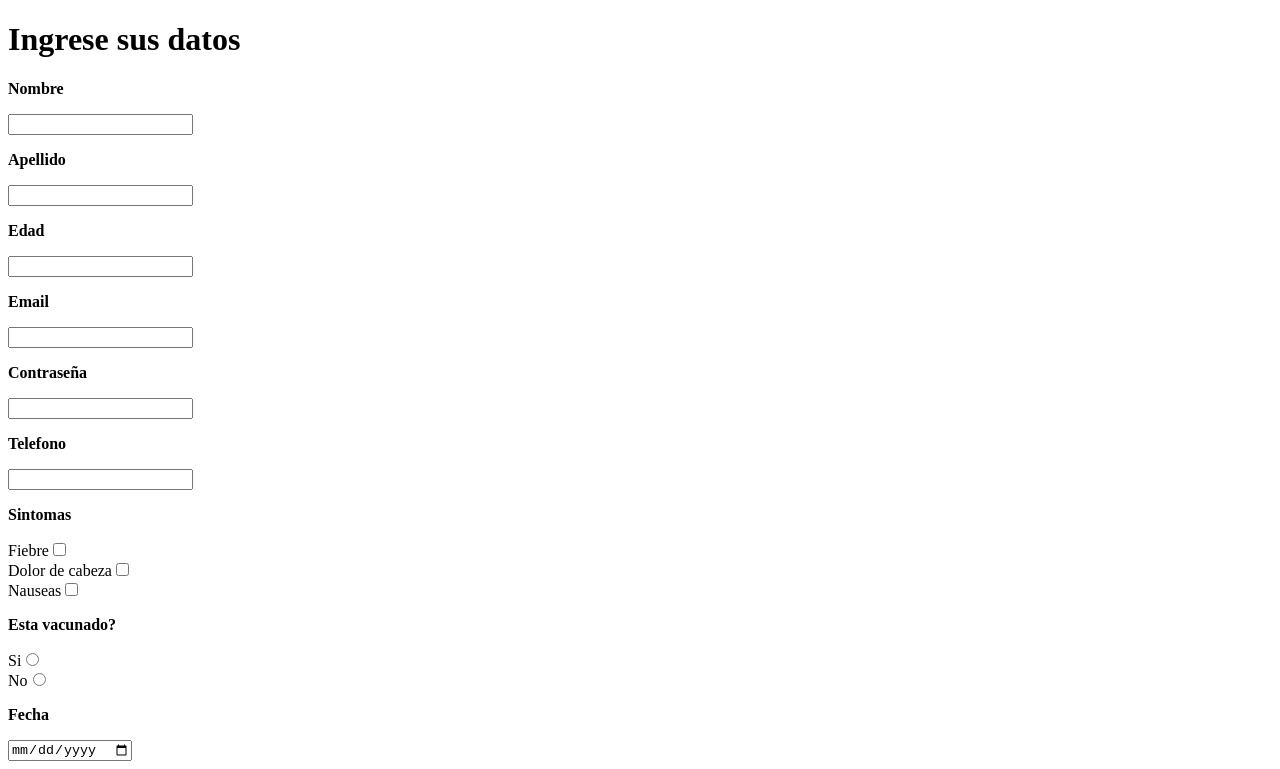
Repository: fran2708/LPPA
Page: Project 2 - Covid registration/index.html
An editor plug-in stored every save of this project. The page is shown before and after the next save, followed by the edit.
The browser window is 1280 px wide. The pictures show the whole page.

Above is the page before, as saved 2022-04-19 20:59:33.

After the next save:
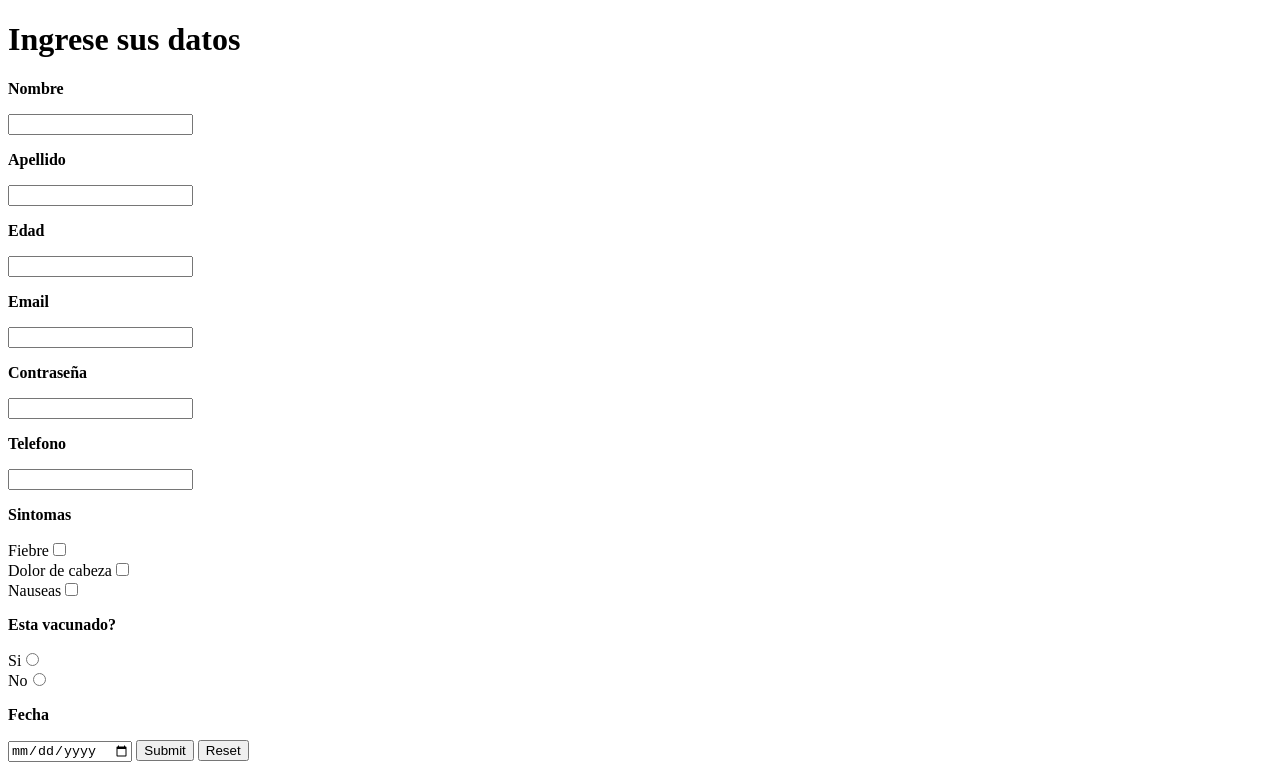
Saved 3 min 21 s later.
--- a/Project 2 - Covid registration/index.html
+++ b/Project 2 - Covid registration/index.html
@@ -30,6 +30,8 @@
         <label>No<input type="radio" name="radioNo"></label><br>
         <p><strong>Fecha</strong></p>
         <input type="date" name="fecha">
+        <button type="submit" name="submit">Submit</button>
+        <button type="reset" name="reset">Reset</button>
     </form>
 </body>
 </html>
